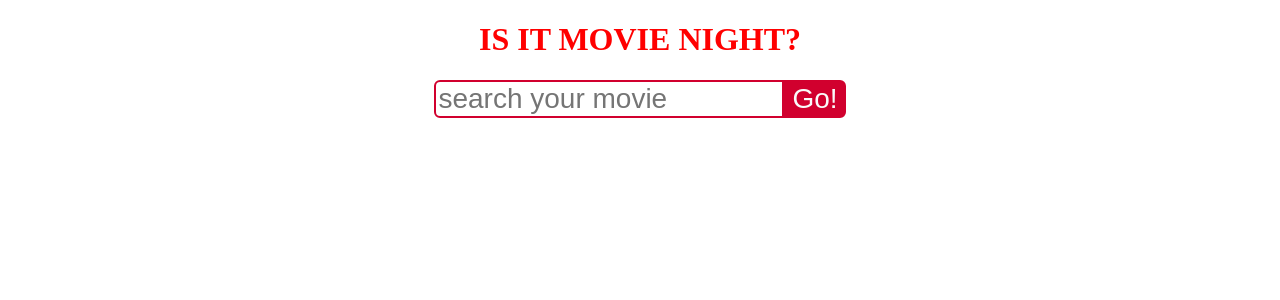
Repository: runner855/movies-app
Page: /
The author's editor kept a copy of each file at every save. The page is drawn from the files as they stood at one save, then again after the next save.
The browser window is 1280 px wide. The pictures show the whole page.
The project was rebuilt for these pictures with package versions that can differ from the ones it lists, and the page was loaded fresh each time.

Above is the page before, as saved 2021-06-19 11:53:11.

After the next save:
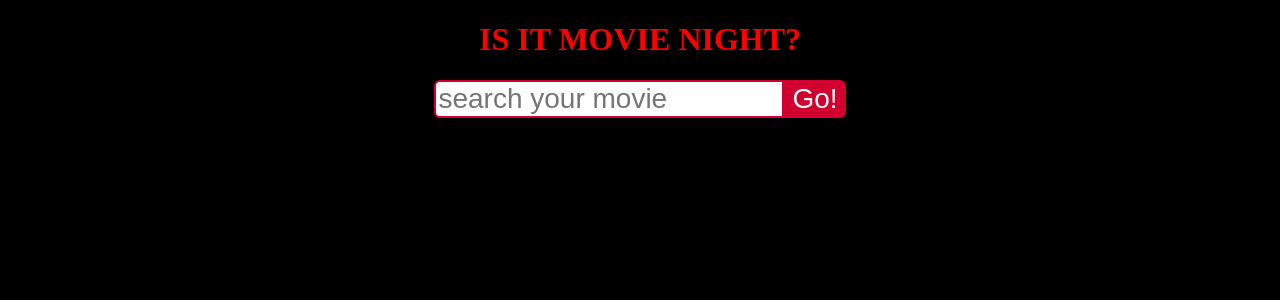
Saved 21 s later.
--- a/src/styles/index.css
+++ b/src/styles/index.css
@@ -10,5 +10,5 @@ body {
   margin: 0;
   padding: 0;
   font-family: "BebasNeue", sans-serif;
-  /* background-color: #000; */
+  background-color: #000;
 }
